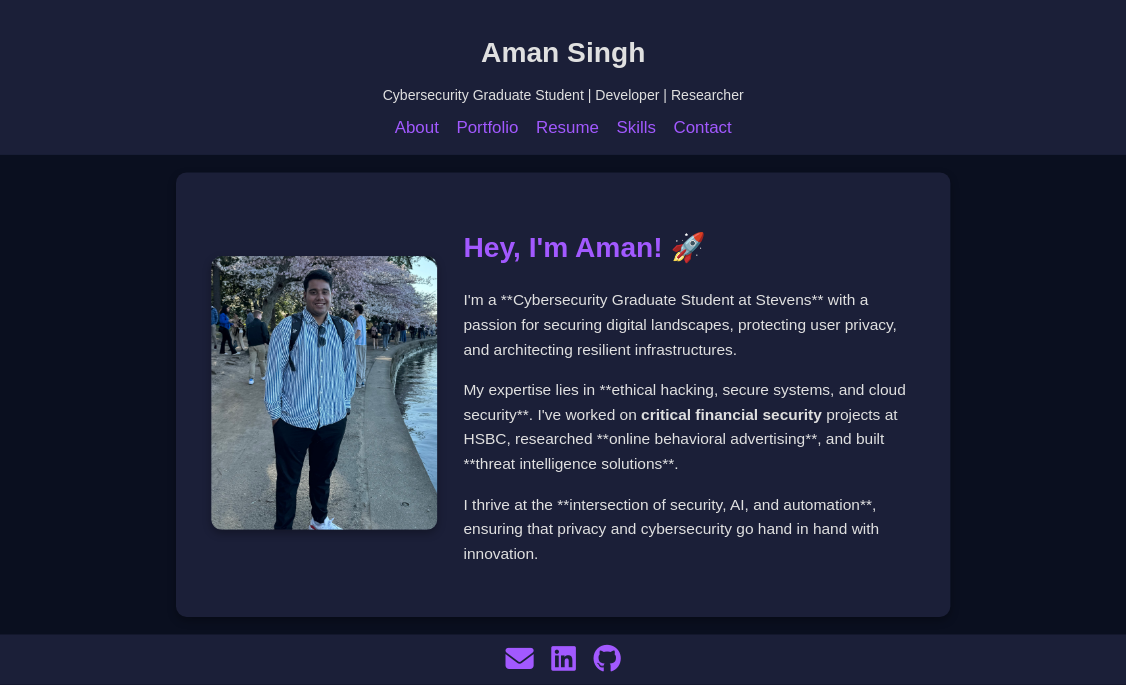
Repository: aman3singh/portfolio
Page: index.html
The author's editor kept a copy of each file at every save. The page is drawn from the files as they stood at one save, then again after the next save.
The browser window is 1280 px wide. The pictures show the whole page, at 88% of full size.

Above is the page before, as saved 2025-02-11 20:30:36.

### index.html
<!DOCTYPE html>
<html lang="en">
<head>
    <meta charset="UTF-8">
    <meta name="viewport" content="width=device-width, initial-scale=1.0">
    <title>Aman Singh | Cybersecurity Portfolio</title>
    <link rel="stylesheet" href="styles.css">
    <link rel="stylesheet" href="https://cdnjs.cloudflare.com/ajax/libs/font-awesome/6.4.2/css/all.min.css">
</head>
<body>
    <header>
        <h1>Aman Singh</h1>
        <p>Cybersecurity Graduate Student | Developer | Researcher</p>
        <nav>
            <a href="#about">About</a>
            <a href="portfolio.html">Portfolio</a>
            <a href="resume.html">Resume</a>
            <a href="#skills">Skills</a>
            <a href="#contact">Contact</a>
        </nav>
    </header>

    <section id="about" style="display: flex; align-items: center; gap: 30px; padding: 40px;">
        <div style="flex: 1;">
            <img src="Aman.jpg" alt="Aman Singh" style="width: 100%; max-width: 300px; border-radius: 12px; box-shadow: 0px 4px 10px rgba(0, 0, 0, 0.3);">
        </div>
        <div style="flex: 2;">
            <h2 style="color: #A259FF;">Hey, I'm Aman! 🚀</h2>
            <p>
                I'm a **Cybersecurity Graduate Student at Stevens** with a passion for securing digital landscapes, protecting user privacy, and architecting resilient infrastructures.
            </p>
            <p>
                My expertise lies in **ethical hacking, secure systems, and cloud security**. I've worked on <b>critical financial security</b> projects at HSBC, researched **online behavioral advertising**, and built **threat intelligence solutions**.
            </p>
            <p>
                I thrive at the **intersection of security, AI, and automation**, ensuring that privacy and cybersecurity go hand in hand with innovation.
            </p>
        </div>
    </section>


    <footer>
            <div class="social-links" style="display: flex; gap: 20px; font-size: 2rem;">
                <a href="mailto:aman3singh.work@gmail.com" target="_blank">
                    <i class="fa-solid fa-envelope"></i>
                </a>
                <a href="https://www.linkedin.com/in/aman-singh7/" target="_blank">
                    <i class="fa-brands fa-linkedin"></i>
                </a>
                <a href="https://github.com/aman3singh" target="_blank">
                    <i class="fa-brands fa-github"></i>
                </a>
            </div>
    </footer>
</body>
</html>

### styles.css
body {
    font-family: 'Arial', sans-serif;
    margin: 0;
    padding: 0;
    background-color: #0A0F1F;
    color: #E0E0E0;
}

header {
    background-color: #1B1F38;
    color: 	#E0E0E0;
    text-align: center;
    padding: 20px;
}

nav {
    display: flex;
    justify-content: center;
    gap: 20px;
}

nav a {
    color: #A259FF;
    text-decoration: none;
    font-size: 1.2em;
    transition: color 0.3s;
}

nav a:hover {
    color: #00E5FF;
}

section {
    padding: 20px;
    margin: 20px auto;
    max-width: 800px;
    background: #1B1F38;
    box-shadow: 0px 4px 6px rgba(0, 0, 0, 0.1);
    border-radius: 8px;
}

h2 {
    color: #A259FF;
}
#about {
    display: flex;
    align-items: center;
    gap: 30px;
    padding: 40px;
    background-color: #1B1F38;
    border-radius: 12px;
    box-shadow: 0px 4px 10px rgba(0, 0, 0, 0.3);
}

#about img {
    width: 100%;
    max-width: 300px;
    border-radius: 12px;
    box-shadow: 0px 4px 10px rgba(0, 0, 0, 0.3);
}

#about h2 {
    color: #A259FF;
    font-size: 2em;
}

#about p {
    color: #E0E0E0;
    font-size: 1.1em;
    line-height: 1.6;
}

.project {
    border-left: 4px solid #A259FF;
    padding-left: 10px;
    margin-bottom: 15px;
}

.social-links {
    display: flex;
    justify-content: center;
    gap: 15px;
    font-size: 2rem;
}

.social-links a {
    color: #A259FF;
    transition: color 0.3s;
}

.social-links a:hover {
    color: #00E5FF;
}

footer {
    text-align: center;
    padding: 10px;
    background-color: #1B1F38;
    color: #E0E0E0;
}

After the next save:
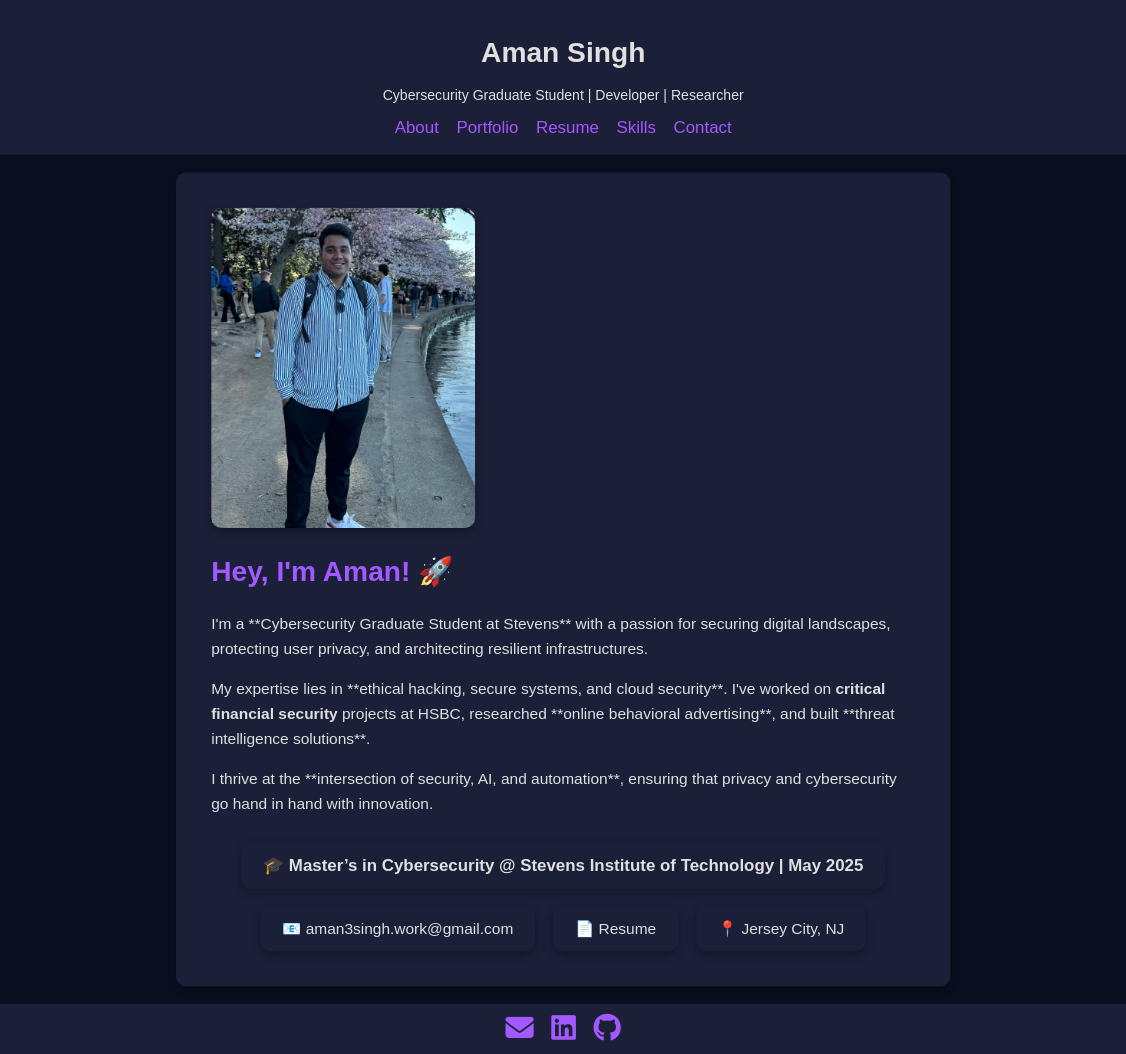
Saved 88 min 36 s later.
--- a/index.html
+++ b/index.html
@@ -23,7 +23,7 @@
     <section id="about" style="display: flex; align-items: center; gap: 30px; padding: 40px;">
         <div style="flex: 1;">
             <img src="Aman.jpg" alt="Aman Singh" style="width: 100%; max-width: 300px; border-radius: 12px; box-shadow: 0px 4px 10px rgba(0, 0, 0, 0.3);">
-        </div>
+
         <div style="flex: 2;">
             <h2 style="color: #A259FF;">Hey, I'm Aman! 🚀</h2>
             <p>
@@ -35,6 +35,22 @@
             <p>
                 I thrive at the **intersection of security, AI, and automation**, ensuring that privacy and cybersecurity go hand in hand with innovation.
             </p>
+        </div>
+        <div style="margin-top: 30px; display: flex; flex-direction: column; align-items: center; gap: 20px;">
+            <div style="background-color: #1B1F38; padding: 15px 25px; border-radius: 12px; font-size: 1.2em; box-shadow: 0px 4px 10px rgba(0, 0, 0, 0.3);">
+                🎓 <b>Master’s in Cybersecurity @ Stevens Institute of Technology | May 2025</b>
+            </div>
+            <div style="display: flex; gap: 20px;">
+                <div style="background-color: #1B1F38; padding: 15px 25px; border-radius: 12px; font-size: 1.1em; box-shadow: 0px 4px 10px rgba(0, 0, 0, 0.3);">
+                    📧 <a href="mailto:aman3singh.work@gmail.com" style="color: #E0E0E0; text-decoration: none;">aman3singh.work@gmail.com</a>
+                </div>
+                <div style="background-color: #1B1F38; padding: 15px 25px; border-radius: 12px; font-size: 1.1em; box-shadow: 0px 4px 10px rgba(0, 0, 0, 0.3);">
+                    📄 <a href="resume.html" style="color: #E0E0E0; text-decoration: none;">Resume</a>
+                </div>
+                <div style="background-color: #1B1F38; padding: 15px 25px; border-radius: 12px; font-size: 1.1em; box-shadow: 0px 4px 10px rgba(0, 0, 0, 0.3);">
+                    📍 Jersey City, NJ
+                </div>
+            </div>
         </div>
     </section>
 
